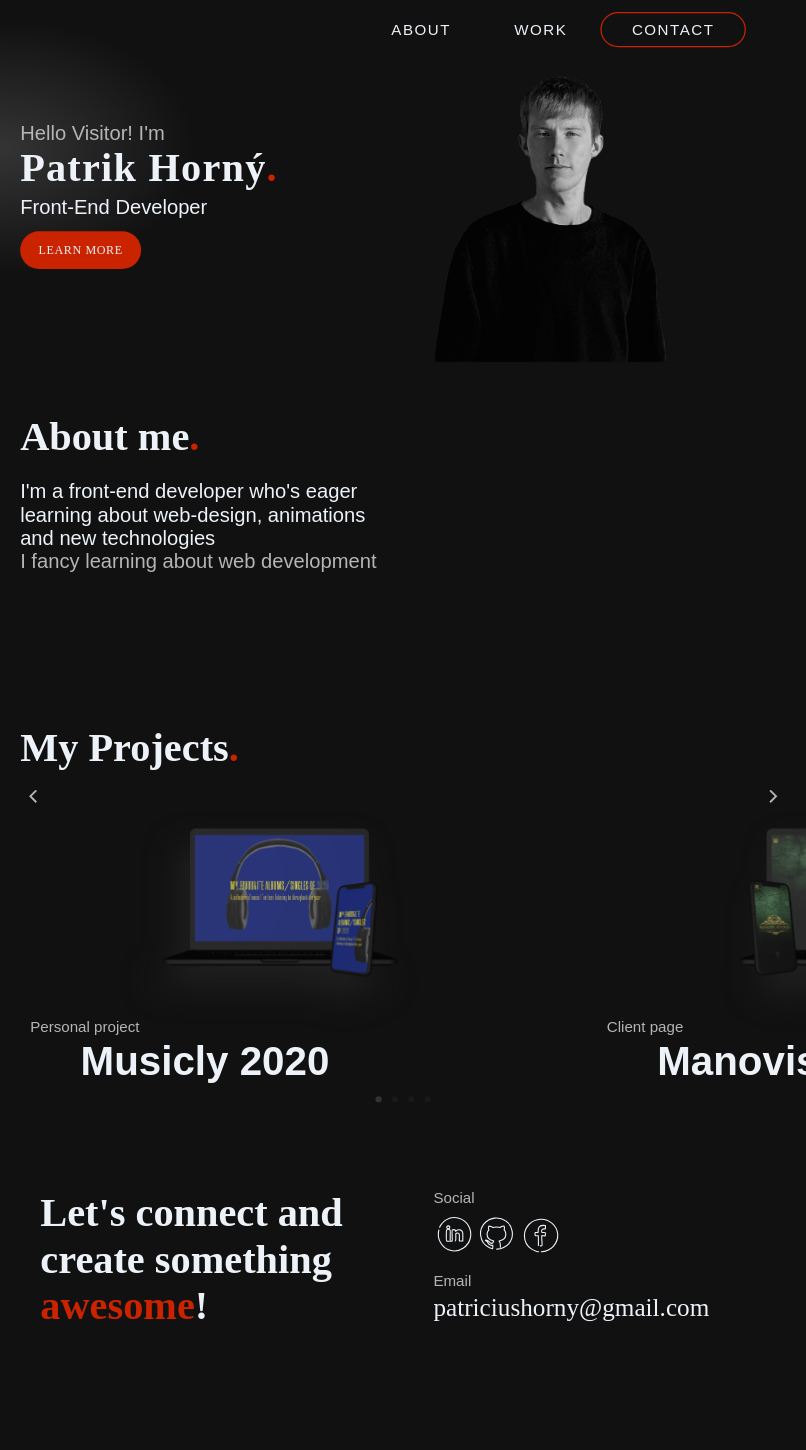
Repository: Spreceriany/portfolio
Page: index.html
These files come from the project's save history. The page is drawn as it stood at one moment and after the next save; the edit follows.
The browser window is 1280 px wide. The pictures show the whole page, at 63% of full size.
Some web fonts or font styles are not loaded; a fallback is used. The style sheet was rebuilt from its Sass, Less or Tailwind sources for each picture, by a compiler version that may differ from the author's.

Above is the page before, as saved 2021-03-10 22:23:48.

After the next save:
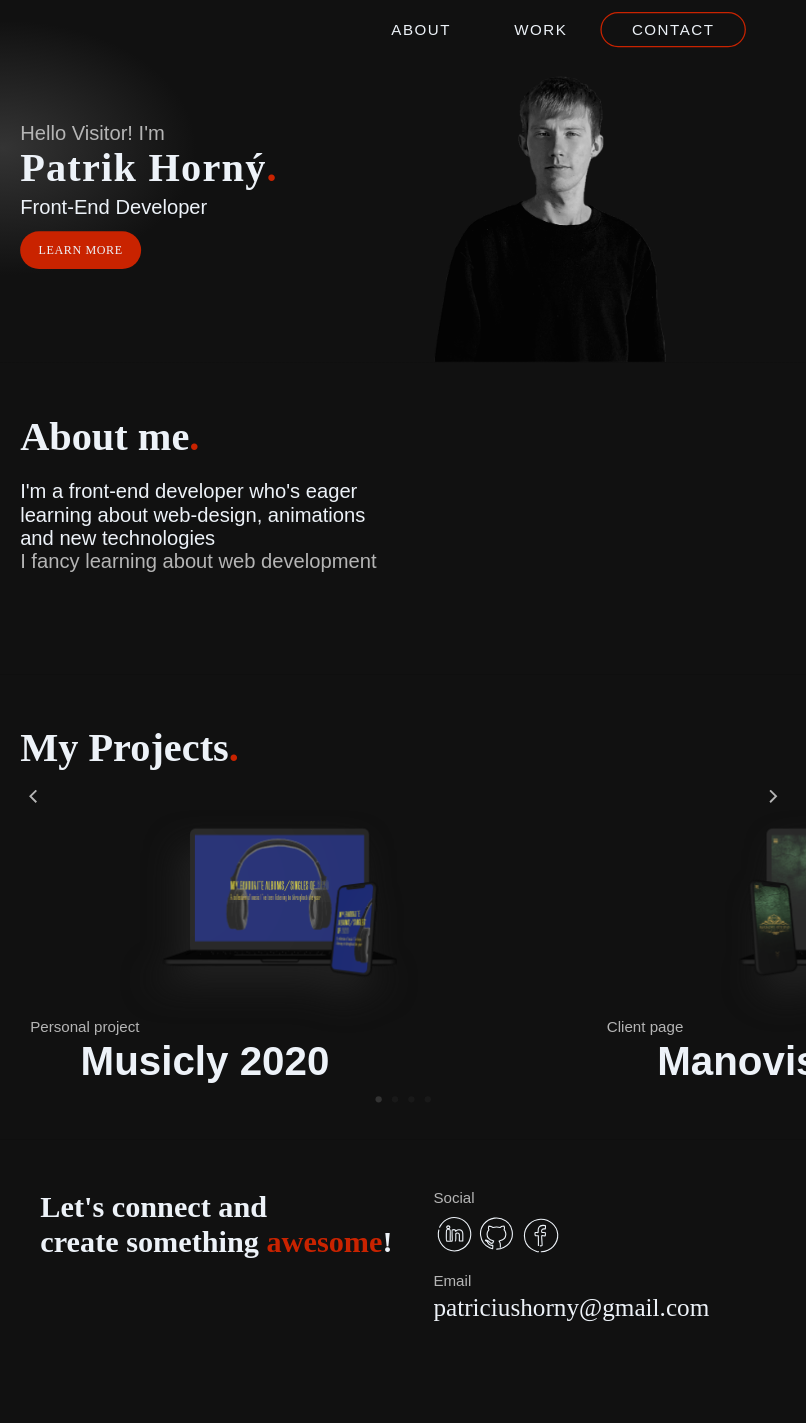
Saved 14 s later.
--- a/css/style.scss
+++ b/css/style.scss
@@ -396,7 +396,7 @@ main {
       padding: 0;
     }
     h3{
-      @include clamping(2rem, 5vw, 4rem);
+      @include clamping(2rem, 5vw, 3rem);
 
 
       .orange{
